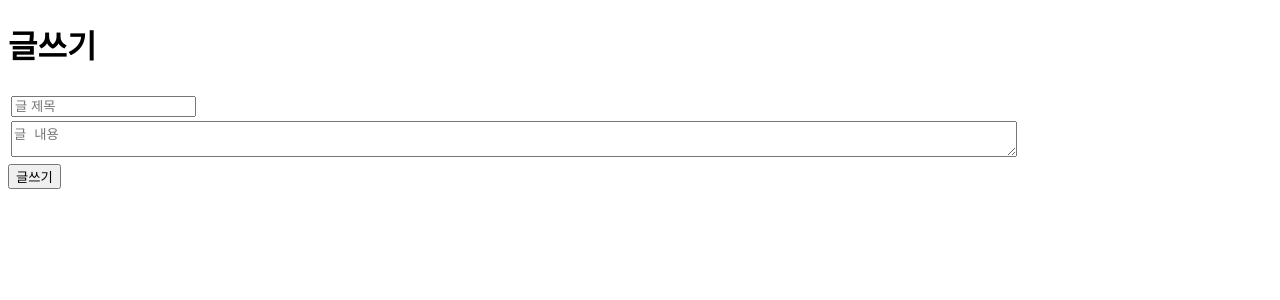
Repository: jsy8315/KOPO_SPRING
Page: http://localhost/jsp_assignFinal/boardWrite.jsp
These files come from the project's save history. The page is drawn as it stood at one moment and after the next save; the edit follows.
The browser window is 1280 px wide. The pictures show the whole page.
The page is served by Tomcat 10.

Above is the page before, as saved 2023-06-29 01:23:42.

After the next save:
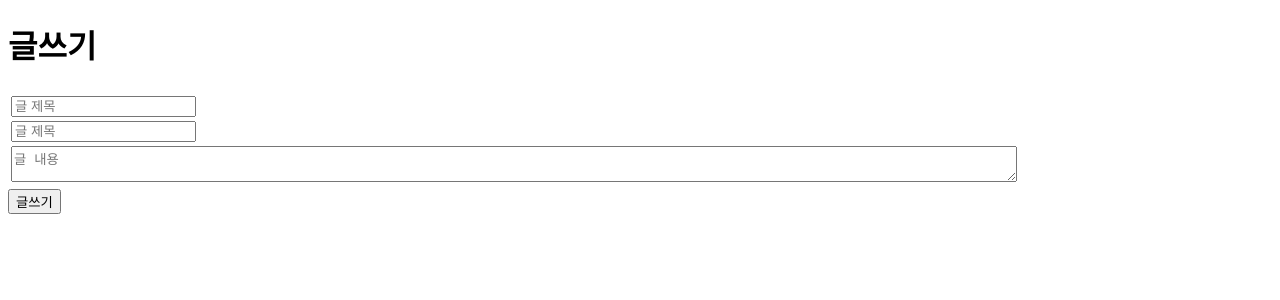
Saved 29 min 5 s later.
--- a/jsp_assignFinal/src/main/webapp/boardWrite.jsp
+++ b/jsp_assignFinal/src/main/webapp/boardWrite.jsp
@@ -21,6 +21,9 @@
         			<td><input type="text" class="form-control" placeholder="글 제목" name="bTitle" maxlength="50"></td>
         		</tr>
         		<tr>
+        			<td><input type="text" class="form-control" placeholder="글 제목" name="bTitle" maxlength="50"></td>
+        		</tr>
+        		<tr>
         			<td><textarea class="form-control" placeholder="글 내용" name="bContent" maxlength="1000" style="width:1000px;, height: 500px;"></textarea></td>
         		</tr>
         	</tbody>
